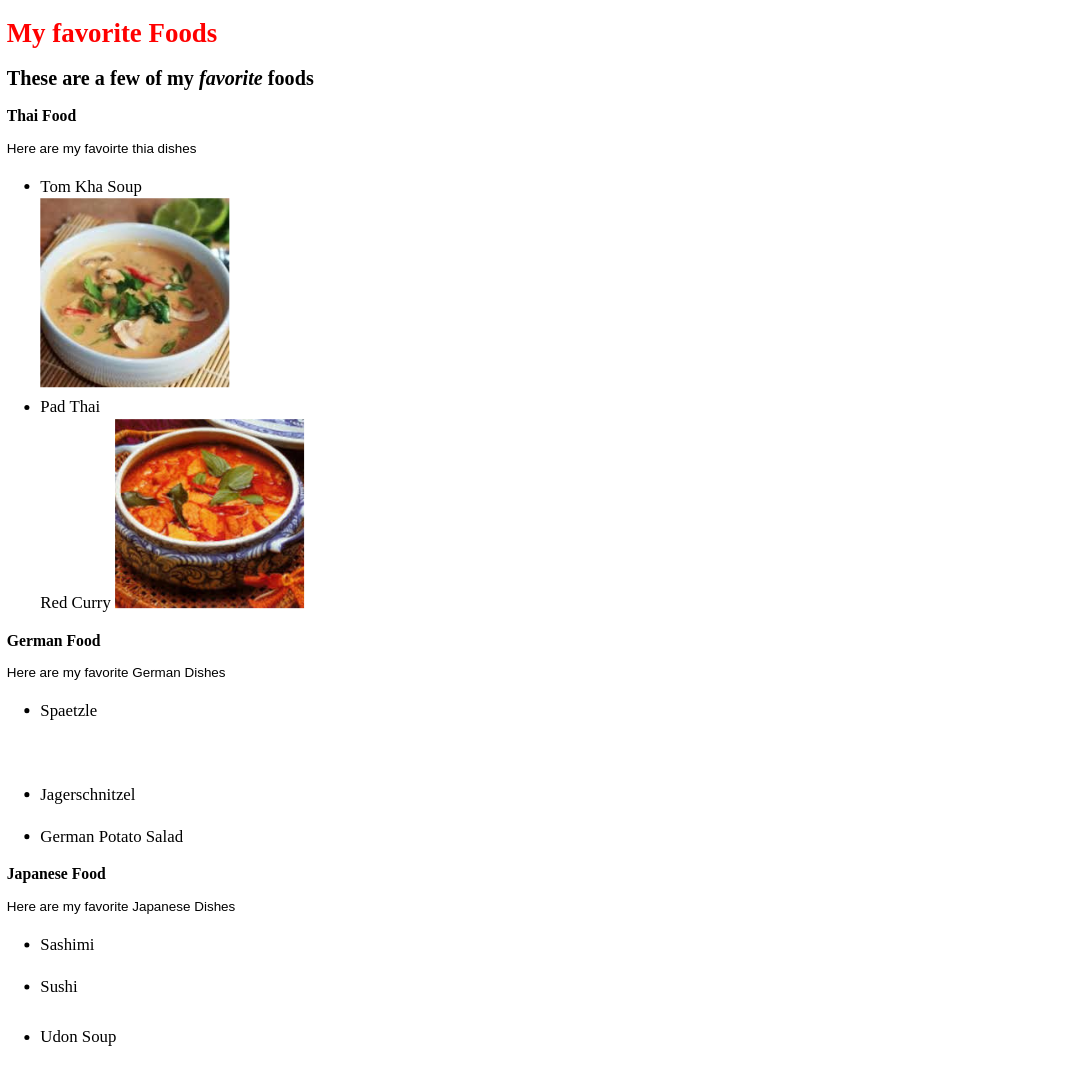
Repository: fieldceleste/my-first-webpage
Page: my-favorite-foods.html
The author's editor kept a copy of each file at every save. The page is drawn from the files as they stood at one save, then again after the next save.
The browser window is 1280 px wide. The pictures show the whole page, at 84% of full size.

Above is the page before, as saved 2019-10-24 20:24:50.

After the next save:
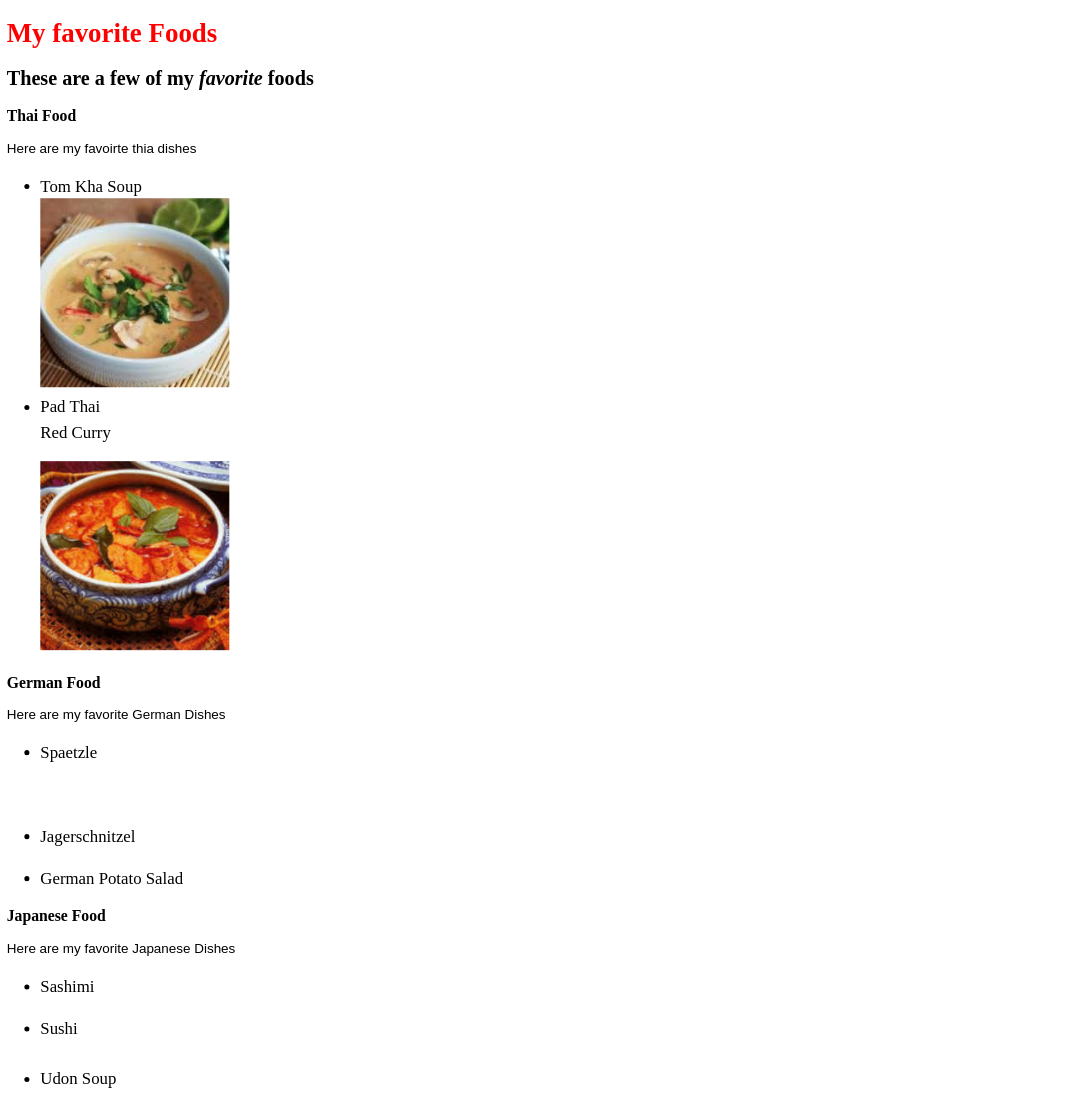
Saved 49 s later.
--- a/my-favorite-foods.html
+++ b/my-favorite-foods.html
@@ -16,7 +16,10 @@
         <img src="img/tomkha.jpeg" alt="picture of tom kha soup">
         <li>Pad Thai</li>
         <l1>Red Curry</l1>
+        <p>
         <img src="img/redcurry.jpeg" alt="picture of red curry">
+        </p>
+        </ul>
       </ul>
     <h3><strong>German Food</strong></h3>
     <p>Here are my favorite German Dishes</p>

After the save that followed:
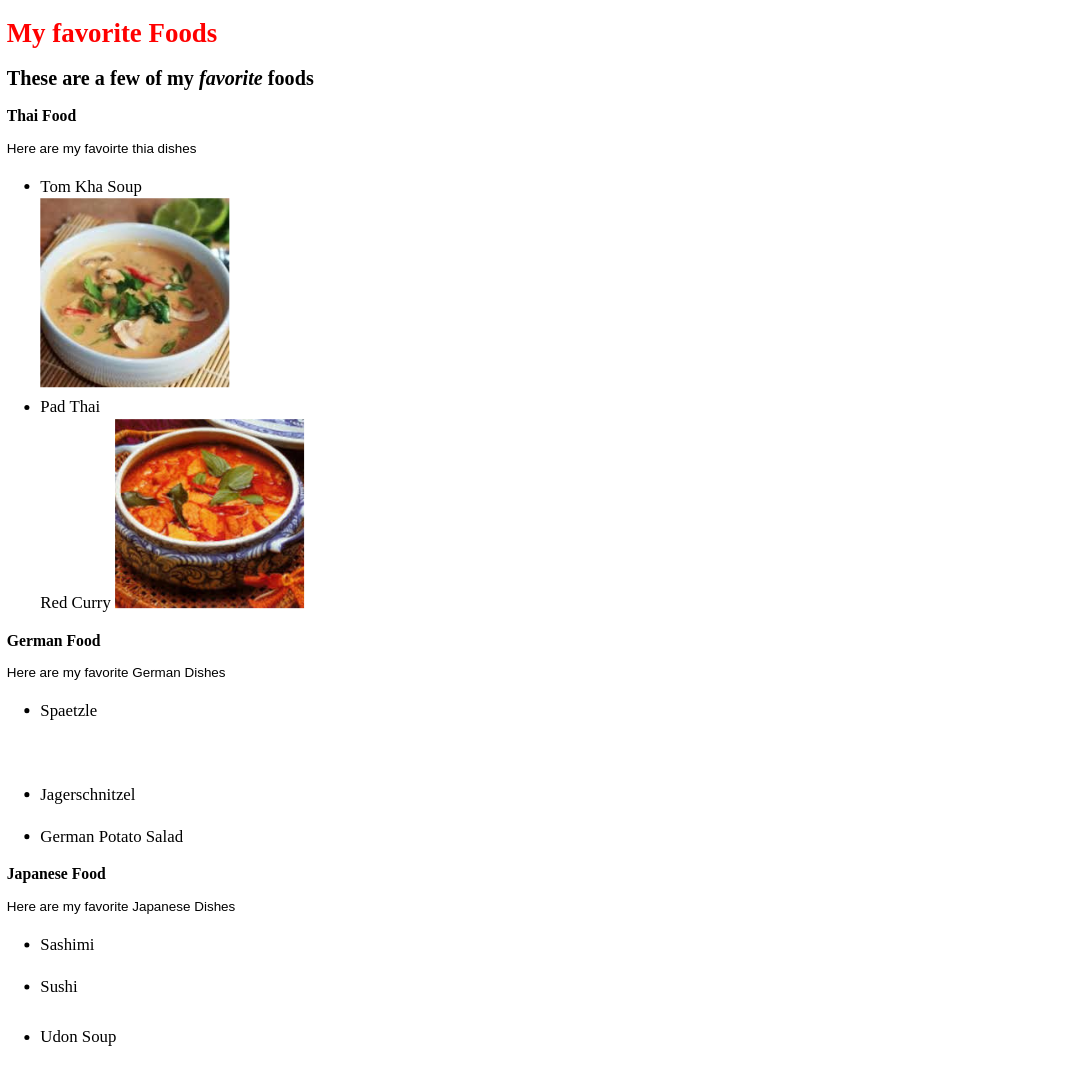
Saved 3 min 6 s later.
--- a/my-favorite-foods.html
+++ b/my-favorite-foods.html
@@ -13,13 +13,11 @@
     <p>Here are my favoirte thia dishes</p>
       <ul>
         <li>Tom Kha Soup</li>
-        <img src="img/tomkha.jpeg" alt="picture of tom kha soup">
+      <img src="img/tomkha.jpeg" alt="picture of tom kha soup">
         <li>Pad Thai</li>
         <l1>Red Curry</l1>
-        <p>
-        <img src="img/redcurry.jpeg" alt="picture of red curry">
-        </p>
-        </ul>
+      <img src="img/redcurry.jpeg" alt="picture of red curry">
+
       </ul>
     <h3><strong>German Food</strong></h3>
     <p>Here are my favorite German Dishes</p>
